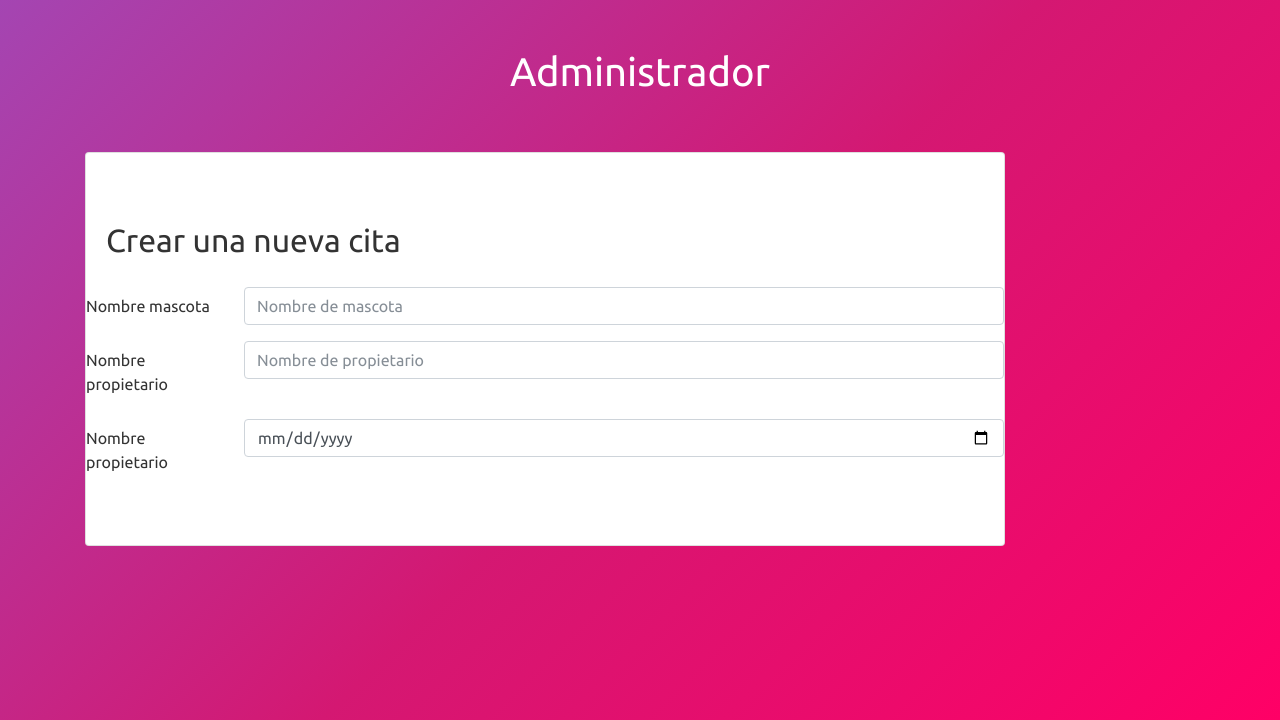
Repository: harrycampaz/react-veterinario-form
Page: /
These files come from the project's save history. The page is drawn as it stood at one moment and after the next save; the edit follows.
The browser window is 1280 px wide. The pictures show the whole page.
The project was rebuilt for these pictures with package versions that can differ from the ones it lists, and the page was loaded fresh each time.

Above is the page before, as saved 2020-01-16 14:15:29.

### src/App.js
import React, { Component } from "react";
import "./bootstrap.min.css";
import Header from "./components/ui/Header";
import NuevaCita from "./components/layout/NuevaCita";

class App extends Component {
  state = {};
  render() {
    return (
      <div className="container">
        <Header titulo="Administrador" />
        <div className="row">
          <div className="col-md-10 max-auto">
            <NuevaCita />
          </div>
        </div>
      </div>
    );
  }
}

export default App;

### src/components/ui/Header.js
import React from 'react';

const Header = ({titulo}) => {
    return (
      <header>
<h1 className="text-center"> {titulo}</h1>
      </header>
    );
};

export default Header;

### src/components/layout/NuevaCita.js
import React, { Component } from "react";

class NuevaCita extends Component {
  render() {
    return (
      <div className="card mt-5 py-5">
        <div className="card-body">
          <h2> Crear una nueva cita</h2>
        </div>

        <form>
          <div class="form-group row">
            <label className='col-sm-4 col-lg-2 col-form-label' for="nombre">Nombre mascota</label>
           <div className="col-sm-8 col-lg-10">
           <input
              type="text"
              className="form-control"
              name="mascota"
              id="mascota"
              aria-describedby="emailHelpId"
              placeholder="Nombre de mascota"
            />

           </div>
          </div>
          <div class="form-group row">
            <label className='col-sm-4 col-lg-2 col-form-label' for="nombre">Nombre propietario</label>
           <div className="col-sm-8 col-lg-10">
           <input
              type="text"
              className="form-control"
              name="propietario"
              id="propietario"
              aria-describedby="emailHelpId"
              placeholder="Nombre de propietario"
            />

           </div>
          </div>

          <div class="form-group row">
            <label className='col-sm-4 col-lg-2 col-form-label' for="nombre">Nombre propietario</label>
           <div className="col-sm-8 col-lg-10">
           <input
              type="date"
              className="form-control"
              name="propietario"
              id="propietario"
              aria-describedby="emailHelpId"
              placeholder="Nombre de propietario"
            />

           </div>
          </div>
        </form>
      </div>
    );
  }
}

export default NuevaCita;

Loaded but not shown: public/index.html (common file); src/index.js (common file); src/index.css (common file); src/serviceWorker.js (common file); src/bootstrap.min.css (library)

After the next save:
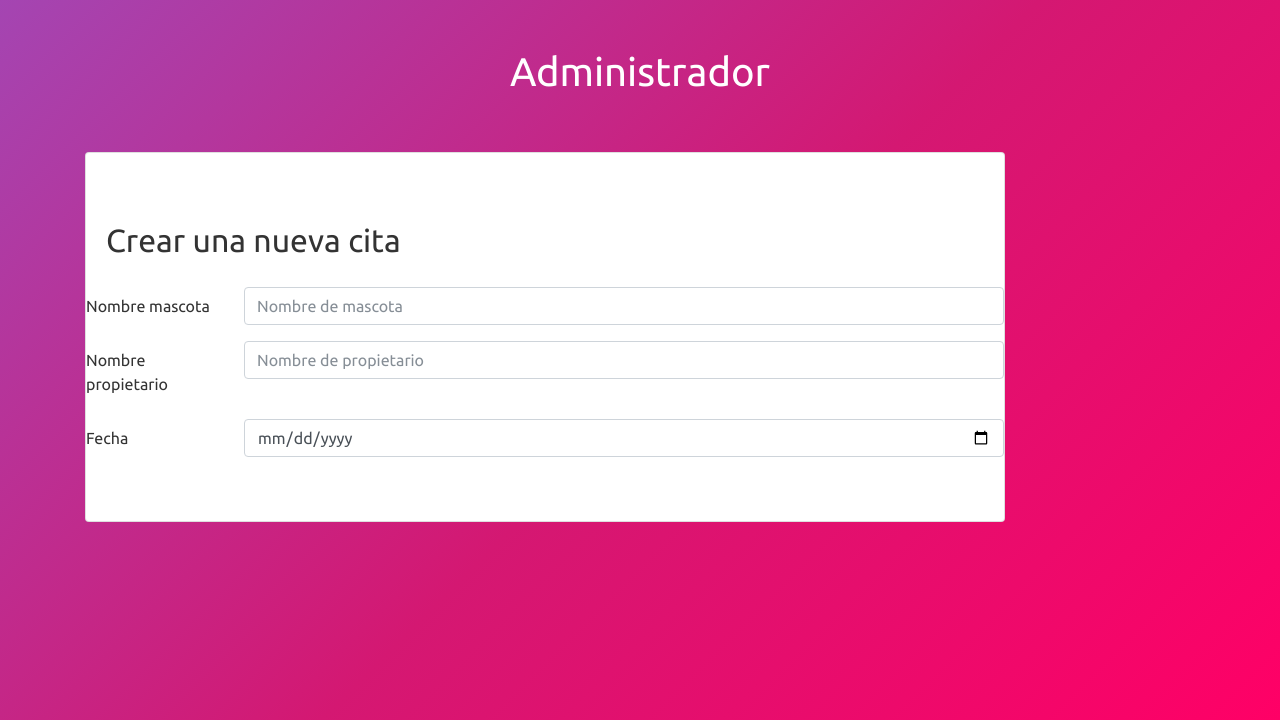
Saved 20 s later.
--- a/src/components/layout/NuevaCita.js
+++ b/src/components/layout/NuevaCita.js
@@ -39,7 +39,7 @@ class NuevaCita extends Component {
           </div>
 
           <div class="form-group row">
-            <label className='col-sm-4 col-lg-2 col-form-label' for="nombre">Nombre propietario</label>
+            <label className='col-sm-4 col-lg-2 col-form-label' for="nombre">Fecha</label>
            <div className="col-sm-8 col-lg-10">
            <input
               type="date"
